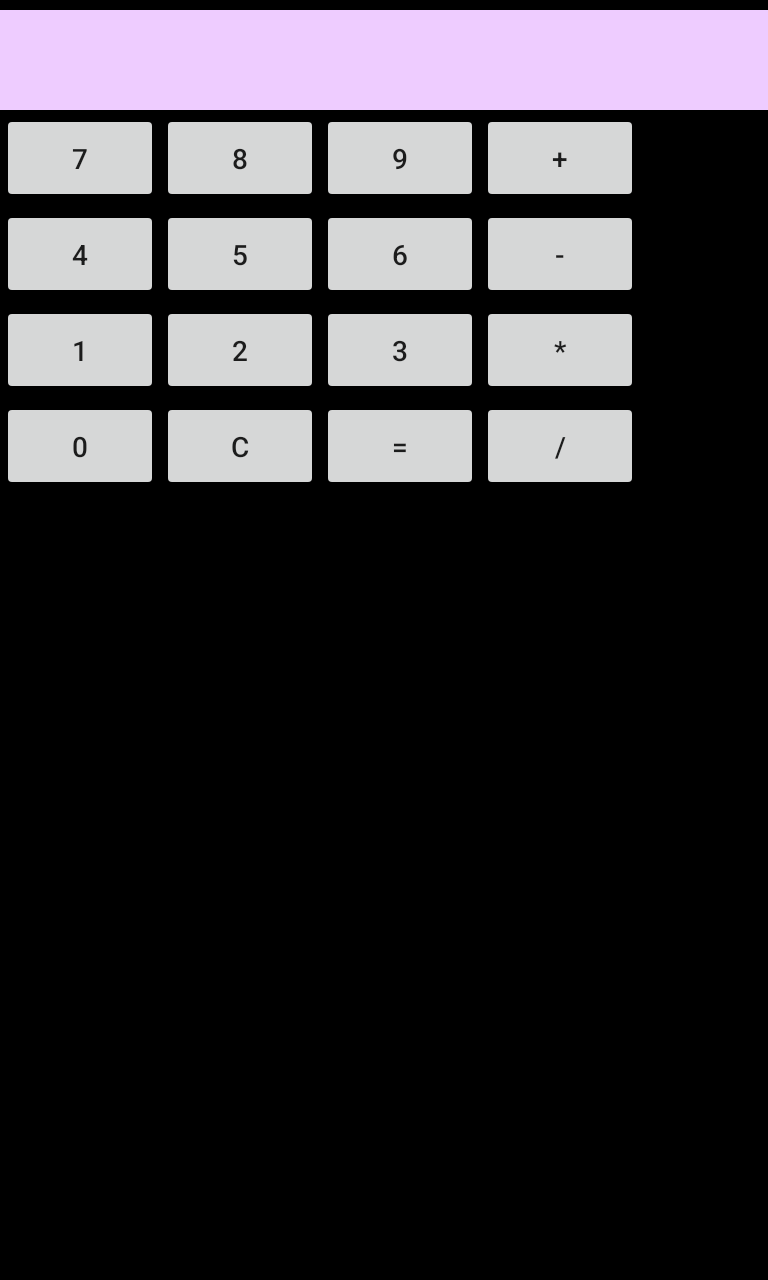
Repository: A207/guanjingjing
Layout: project/calculator_gjj/res/layout/activity_main.xml
These files come from the project's save history. The layout is drawn as it stood at one moment and after the next save; the edit follows.
It is drawn on a 768 x 1280 px phone screen (xhdpi) without system bars, with theme AppTheme; the app's code is not run.

Above is the layout before, as saved 2015-07-16 01:49:25.

### project/calculator_gjj/res/layout/activity_main.xml
<?xml version="1.0" encoding="utf-8"?>
<LinearLayout xmlns:android="http://schemas.android.com/apk/res/android"
    android:layout_width="fill_parent"
    android:layout_height="fill_parent"
    android:orientation="vertical"
    android:paddingTop="5dip"
    android:background="#000" >

    <LinearLayout
        android:layout_width="fill_parent"
        android:layout_height="wrap_content"
        android:orientation="horizontal" >

        <TextView
            android:id="@+id/tv_calc_sum"
            android:layout_width="fill_parent"
            android:layout_height="50dip"
            android:background="#eeccff"
            android:gravity="center_vertical|right" >
        </TextView>
    </LinearLayout>

    <LinearLayout
        android:layout_width="fill_parent"
        android:layout_height="wrap_content"
        android:orientation="horizontal" >

        <Button
            android:id="@+id/btn_calc_07"
            android:layout_width="80dip"
            android:layout_height="wrap_content"
            android:text="7" />

        <Button
            android:id="@+id/btn_calc_08"
            android:layout_width="80dip"
            android:layout_height="wrap_content"
            android:text="8" />

        <Button
            android:id="@+id/btn_calc_09"
            android:layout_width="80dip"
            android:layout_height="wrap_content"
            android:text="9" />

        <Button
            android:id="@+id/btn_calc_jia"
            android:layout_width="80dip"
            android:layout_height="wrap_content"
            android:text="+" />
    </LinearLayout>

    <LinearLayout
        android:layout_width="fill_parent"
        android:layout_height="wrap_content"
        android:orientation="horizontal" >

        <Button
            android:id="@+id/btn_calc_04"
            android:layout_width="80dip"
            android:layout_height="wrap_content"
            android:text="4" />

        <Button
            android:id="@+id/btn_calc_05"
            android:layout_width="80dip"
            android:layout_height="wrap_content"
            android:text="5" />

        <Button
            android:id="@+id/btn_calc_06"
            android:layout_width="80dip"
            android:layout_height="wrap_content"
            android:text="6" />

        <Button
            android:id="@+id/btn_calc_jian"
            android:layout_width="80dip"
            android:layout_height="wrap_content"
            android:text="-" />
    </LinearLayout>

    <LinearLayout
        android:layout_width="fill_parent"
        android:layout_height="wrap_content"
        android:orientation="horizontal" >

        <Button
            android:id="@+id/btn_calc_01"
            android:layout_width="80dip"
            android:layout_height="wrap_content"
            android:text="1" />

        <Button
            android:id="@+id/btn_calc_02"
            android:layout_width="80dip"
            android:layout_height="wrap_content"
            android:text="2" />

        <Button
            android:id="@+id/btn_calc_03"
            android:layout_width="80dip"
            android:layout_height="wrap_content"
            android:text="3" />

        <Button
            android:id="@+id/btn_calc_cheng"
            android:layout_width="80dip"
            android:layout_height="wrap_content"
            android:text="*" />
    </LinearLayout>

    <LinearLayout
        android:layout_width="fill_parent"
        android:layout_height="wrap_content"
        android:orientation="horizontal" >

        <Button
            android:id="@+id/btn_calc_00"
            android:layout_width="80dip"
            android:layout_height="wrap_content"
            android:text="0" />

        <Button
            android:id="@+id/btn_calc_c"
            android:layout_width="80dip"
            android:layout_height="wrap_content"
            android:text="C" />

        <Button
            android:id="@+id/btn_calc_dengyu"
            android:layout_width="80dip"
            android:layout_height="wrap_content"
            android:text="=" />

        <Button
            android:id="@+id/btn_calc_chu"
            android:layout_width="80dip"
            android:layout_height="wrap_content"
            android:text="/" />
    </LinearLayout>

</LinearLayout>

Loaded but not shown: project/calculator_gjj/res/values/styles.xml (common file); project/calculator_gjj/res/values-v11/styles.xml (common file); project/calculator_gjj/res/values-v14/styles.xml (common file)

After the next save:
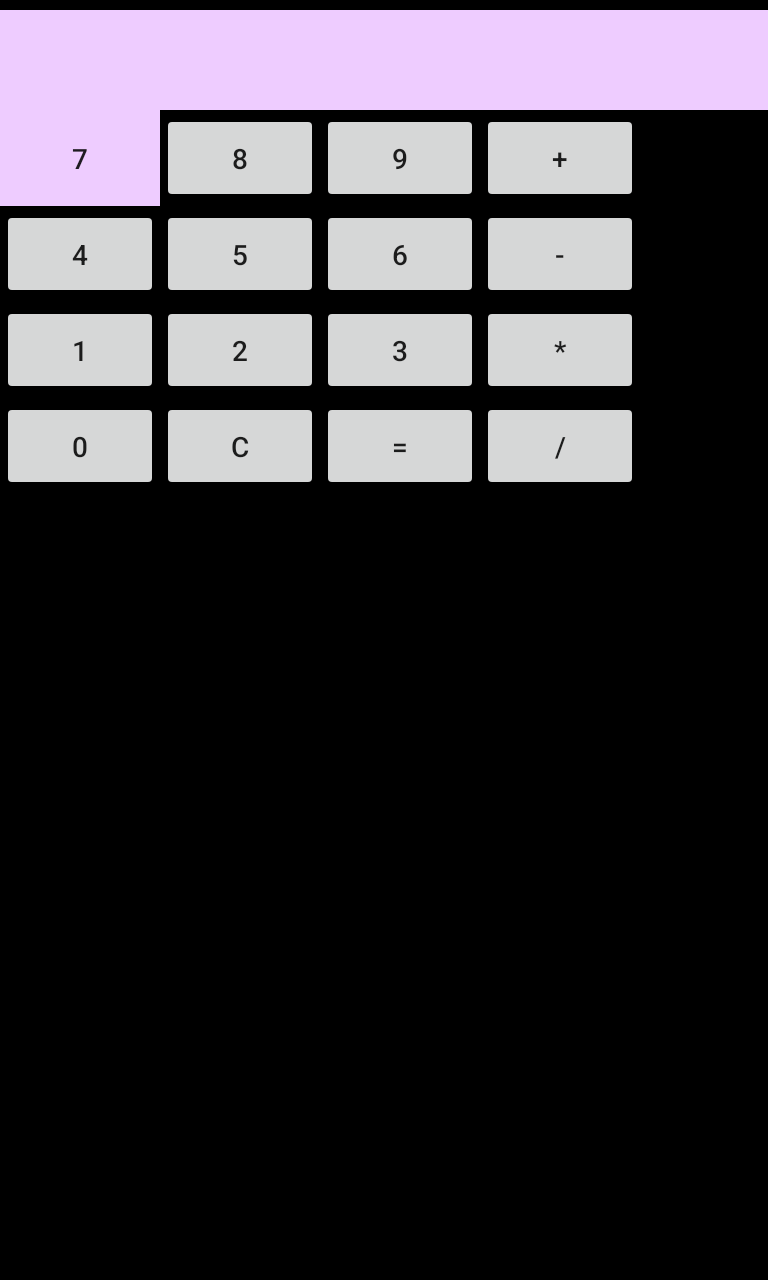
Saved 2 min 31 s later.
--- a/project/calculator_gjj/res/layout/activity_main.xml
+++ b/project/calculator_gjj/res/layout/activity_main.xml
@@ -29,6 +29,7 @@
             android:id="@+id/btn_calc_07"
             android:layout_width="80dip"
             android:layout_height="wrap_content"
+            android:background="#eeccff"
             android:text="7" />
 
         <Button
